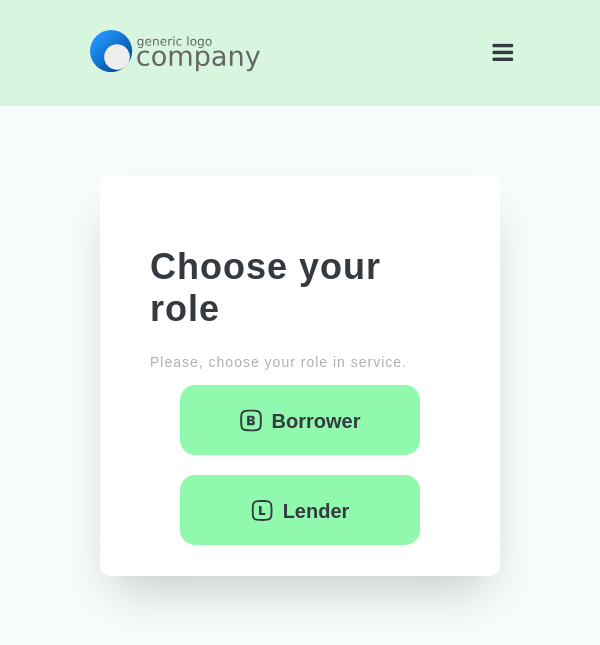
Repository: Andriy-Ma/widgetTask
Page: /
An editor plug-in stored every save of this project. The page is shown before and after the next save, followed by the edit.
The browser window is 600 px wide. The pictures show the whole page.
The page's requests for data from a server got no answer. Some web fonts or font styles are not loaded; a fallback is used. The project was rebuilt for these pictures with package versions that can differ from the ones it lists, and the page was loaded fresh each time. No one was signed in, and anything a server would have sent is missing. Also part of the build but not shown: src/components/Main/SelectedRoleForm/selectedRoleForm.module.css, src/components/Main/SelectedRoleForm/selectedRoleForm.jsx, src/components/Main/AgreeForm/agreeForm.module.css, src/components/Main/AgreeForm/agreeForm.jsx.

Above is the page before, as saved 2022-08-30 16:36:53.

### public/index.html
<!DOCTYPE html>
<html lang="en">
  <head>
    <meta charset="utf-8" />
    <link rel="icon" href="%PUBLIC_URL%/favicon.ico" />
    <link rel="stylesheet" href="https://use.typekit.net/clw7fgu.css">
    <meta name="viewport" content="width=device-width, initial-scale=1">
    <link rel="stylesheet" href="https://cdnjs.cloudflare.com/ajax/libs/font-awesome/4.7.0/css/font-awesome.min.css">
    <meta name="theme-color" content="#000000" />
    <meta
      name="description"
      content="Web site created using create-react-app"
    />
    <link rel="apple-touch-icon" href="%PUBLIC_URL%/logo192.png" />
    <!--
      manifest.json provides metadata used when your web app is installed on a
      user's mobile device or desktop. See https://developers.google.com/web/fundamentals/web-app-manifest/
    -->
    <link rel="manifest" href="%PUBLIC_URL%/manifest.json" />
    <!--
      Notice the use of %PUBLIC_URL% in the tags above.
      It will be replaced with the URL of the `public` folder during the build.
      Only files inside the `public` folder can be referenced from the HTML.

      Unlike "/favicon.ico" or "favicon.ico", "%PUBLIC_URL%/favicon.ico" will
      work correctly both with client-side routing and a non-root public URL.
      Learn how to configure a non-root public URL by running `npm run build`.
    -->
    <title>React App</title>
  </head>
  <body>
    <noscript>You need to enable JavaScript to run this app.</noscript>
    <div id="root"></div>
    <!--
      This HTML file is a template.
      If you open it directly in the browser, you will see an empty page.

      You can add webfonts, meta tags, or analytics to this file.
      The build step will place the bundled scripts into the <body> tag.

      To begin the development, run `npm start` or `yarn start`.
      To create a production bundle, use `npm run build` or `yarn build`.
    -->
  </body>
</html>

### src/index.css
* {
  box-sizing: border-box;
  margin: 0;
  padding: 0;
}
body {
  font-family: 'Poppins', sans-serif;
  background-color: #f7fcfd;
  -webkit-font-smoothing: antialiased;
  -moz-osx-font-smoothing: grayscale;
}

### src/App.js
import React from 'react';
import styles from './App.module.css';
import Header from './components/Header/header';
import MainBlock from './components/Main/main';

function App() {
  return (
    <div className={styles.container}>
      <Header/>
      <MainBlock/>
    </div>
  );
}

export default App;

### src/App.module.css
.container {
    display: block;
    align-items: center;
    justify-content: center;
    padding-left: 15%;
    padding-right: 15%;
}

@media (max-width: 1800px) {
    .container {
        padding: 0% 10%;
    }
 }

@media (max-width: 1500px) {
    .container {
        padding: 0% 5%;
    }
 }
 @media (max-width: 1350px) {
    .container {
        padding: 0px 25px;
    }
 }
 @media (max-width: 1200px) {
    .container {
        padding: 0;
    }
 }

### src/components/Header/header.jsx
import React, { useState } from 'react';
import Icon from './img/logo-generic';
import {ReactComponent as Lock} from './img/lock.svg';
import {ReactComponent as SignUp} from './img/signup.svg';
import styles from './header.module.css';

function Header() {

  const [showMenu, setShowMenu] = useState(false);

  const changeShowMenu = () => {
    setShowMenu(!showMenu);
  };

  return (
    <div className={styles.header}>
        <div className={styles.logo}>
          <a href="#home">
            <Icon/>
          </a>
        </div>
        <div className={showMenu ? styles.middleOfHeaderResponsive : undefined}>
          <div className={!showMenu ? styles.middleOfHeader : styles.columnMenu }>
            <a href="#expertise">Expertise</a>
            <a href="#industries">Industries</a>
            <a href="#news">News</a>
            <a href="#partners">Partners</a>
            <a href="#careers">Careers</a>
            <a href="#aboutus" className={styles.aboutUs}>About Us</a>
          </div>
          <div className={!showMenu ? styles.buttonsHeader : styles.buttonsHeaderResponsive}>
            <div className={!showMenu ? styles.signin : styles.signinMenu}>
              <Lock/>
              <p>Sign In</p>
            </div>
            <div className={!showMenu ? styles.signup : styles.signupMenu}>
              <SignUp/>
              <p>Sign Up</p>
            </div>
          </div>
        </div>
        <p className={styles.icon} onClick={changeShowMenu}>
          <i className="fa fa-bars"></i>
        </p>
    </div>
  )
}

export default Header;

### src/components/Main/main.jsx
import React,{useState, useEffect} from 'react';
import styles from './main.module.css';
import ChooseForm from './ChooseForm/chooseForm';
import SelectedRoleForm from './SelectedRoleForm/selectedRoleForm';
import AgreeForm from './AgreeForm/agreeForm';

function MainBlock() {

  const [selectedRole, setSelectedRole] = useState('');
  const [showAgreeForm, setShowAgreeForm] = useState(false);
  const [initialText, setInitialText] = useState('');

  useEffect(() => {
    fetch('https://60c74df306f3160017d29000.mockapi.io/api/v1/tossource')
    .then((response) => {
      return response.json();
    })
    .then((data) => {
      const text = data.map(lorem => lorem.text);
      setInitialText(text[0]);
    });
  },[]);

  return (
    <div className={styles.container}>
        {
          !selectedRole ?
            <ChooseForm getRole={setSelectedRole}/>
          : showAgreeForm ?
            <AgreeForm
              showForm={setShowAgreeForm}
              text={initialText}
            />
          :
            <SelectedRoleForm
              role={selectedRole}
              getRole={setSelectedRole}
              showForm={setShowAgreeForm}
            />
        }
    </div>
  )
}

export default MainBlock;

### src/components/Header/img/logo-generic.jsx
import React from "react";

function Icon() {
  return (
    <svg
      xmlns="http://www.w3.org/2000/svg"
      version="1.1"
      viewBox="0 0 1425.8 353.74"
    >
      <defs>
        <linearGradient
          id="linearGradient5311"
          x1="-467.57"
          x2="-469.87"
          y1="-68.973"
          y2="488.43"
          gradientUnits="userSpaceOnUse"
        >
          <stop offset="0" stopColor="#2294fe"></stop>
          <stop offset="1" stopColor="#014f96"></stop>
        </linearGradient>
      </defs>
      <g transform="translate(364.43 8.482)">
        <g>
          <g fill="#666" transform="translate(-14.426 -21.336)">
            <path d="M145.49 192.37v19.095c-5.773-3.182-11.583-5.55-17.43-7.105a64.331 64.331 0 00-17.541-2.443c-13.248 0-23.536 4.22-30.863 12.657-7.327 8.363-10.991 20.13-10.991 35.304 0 15.172 3.663 26.977 10.991 35.415 7.327 8.363 17.615 12.545 30.863 12.545 5.92 0 11.768-.778 17.541-2.332 5.847-1.628 11.657-4.033 17.43-7.216v18.873a83.693 83.693 0 01-17.763 5.995c-6.07 1.332-12.545 1.998-19.428 1.998-18.725 0-33.601-5.884-44.629-17.652s-16.542-27.643-16.542-47.627c0-20.279 5.55-36.229 16.653-47.849 11.176-11.62 26.459-17.43 45.85-17.43 6.29 0 12.434.666 18.429 1.999a81.647 81.647 0 0117.43 5.772"></path>
            <path d="M228.98 201.92c-10.954 0-19.613 4.293-25.978 12.878-6.365 8.511-9.548 20.205-9.548 35.082 0 14.876 3.146 26.607 9.437 35.193 6.365 8.511 15.061 12.767 26.089 12.767 10.88 0 19.502-4.293 25.867-12.878 6.365-8.585 9.547-20.279 9.547-35.082 0-14.728-3.182-26.385-9.547-34.971-6.365-8.66-14.987-12.989-25.867-12.989m0-17.319c17.763 0 31.714 5.773 41.854 17.319s15.209 27.532 15.209 47.96c0 20.353-5.07 36.34-15.209 47.96-10.14 11.546-24.091 17.319-41.854 17.319-17.837 0-31.825-5.773-41.965-17.319-10.066-11.62-15.098-27.606-15.098-47.96 0-20.427 5.033-36.414 15.098-47.96 10.14-11.546 24.128-17.319 41.965-17.319"></path>
            <path d="M416.6 211.46c5.107-9.177 11.213-15.949 18.318-20.316 7.105-4.367 15.468-6.55 25.09-6.55 12.952 0 22.943 4.552 29.975 13.655 7.03 9.03 10.546 21.908 10.547 38.634v75.048h-20.538v-74.382c0-11.916-2.11-20.76-6.328-26.533-4.219-5.773-10.658-8.66-19.317-8.66-10.584 0-18.947 3.516-25.09 10.548-6.143 7.03-9.215 16.616-9.214 28.754v70.274h-20.538V237.55c0-11.99-2.11-20.834-6.328-26.533-4.22-5.773-10.732-8.66-19.54-8.66-10.435 0-18.724 3.553-24.867 10.658-6.143 7.031-9.215 16.58-9.215 28.643v70.274h-20.538v-124.34h20.538v19.317c4.663-7.623 10.251-13.248 16.764-16.875 6.513-3.626 14.247-5.44 23.203-5.44 9.03 0 16.69 2.295 22.981 6.883 6.365 4.59 11.065 11.25 14.099 19.983"></path>
            <path d="M560.7 293.28v65.945h-20.538v-171.63H560.7v18.873c4.293-7.401 9.695-12.878 16.209-16.431 6.587-3.627 14.432-5.44 23.536-5.44 15.098 0 27.347 5.995 36.747 17.985 9.473 11.99 14.21 27.755 14.21 47.294 0 19.54-4.737 35.304-14.21 47.294-9.4 11.99-21.649 17.985-36.747 17.985-9.104 0-16.949-1.776-23.536-5.329-6.513-3.626-11.916-9.14-16.209-16.542m69.497-43.408c0-15.024-3.109-26.792-9.326-35.304-6.143-8.585-14.617-12.878-25.423-12.878-10.806 0-19.317 4.293-25.534 12.878-6.143 8.512-9.214 20.28-9.214 35.304 0 15.024 3.071 26.83 9.214 35.415 6.217 8.512 14.728 12.767 25.534 12.767s19.28-4.255 25.423-12.767c6.217-8.585 9.326-20.39 9.326-35.415"></path>
            <path d="M741.77 249.43c-16.505 0-27.94 1.887-34.304 5.662-6.365 3.775-9.548 10.214-9.547 19.317 0 7.253 2.368 13.026 7.105 17.319 4.81 4.219 11.324 6.328 19.539 6.328 11.324 0 20.39-3.997 27.199-11.99 6.883-8.067 10.325-18.762 10.325-32.084v-4.552H741.77m40.744-8.437v70.94h-20.427V293.06c-4.663 7.549-10.473 13.137-17.43 16.764-6.958 3.552-15.47 5.329-25.534 5.329-12.73 0-22.87-3.553-30.42-10.658-7.475-7.18-11.212-16.764-11.212-28.754 0-13.988 4.662-24.535 13.988-31.64 9.4-7.106 23.388-10.658 41.965-10.658h28.643v-1.999c0-9.4-3.109-16.653-9.326-21.759-6.143-5.18-14.802-7.77-25.978-7.77-7.105 0-14.025.85-20.76 2.552-6.735 1.703-13.21 4.256-19.428 7.66v-18.872c7.475-2.887 14.728-5.033 21.76-6.44 7.03-1.48 13.876-2.22 20.537-2.22 17.985 0 31.418 4.663 40.3 13.988 8.88 9.326 13.321 23.462 13.321 42.41"></path>
            <path d="M928.5 236.89v75.048h-20.427v-74.382c0-11.768-2.295-20.575-6.883-26.422-4.589-5.847-11.472-8.77-20.65-8.77-11.027 0-19.723 3.515-26.088 10.547-6.365 7.03-9.548 16.616-9.548 28.754v70.274h-20.538v-124.34h20.538v19.317c4.885-7.476 10.621-13.063 17.208-16.764 6.661-3.7 14.321-5.551 22.981-5.551 14.284 0 25.09 4.44 32.417 13.322 7.327 8.807 10.991 21.797 10.991 38.967"></path>
            <path d="M1021.2 323.48c-5.773 14.802-11.398 24.461-16.875 28.976-5.477 4.515-12.804 6.772-21.981 6.772h-16.32v-17.097h11.99c5.625 0 9.992-1.332 13.1-3.996s6.55-8.956 10.325-18.873l3.664-9.326-50.291-122.34h21.648l38.856 97.252 38.856-97.252h21.648l-54.621 135.89"></path>
          </g>
          <g fill="#666" transform="translate(-416.34 -21.336)">
            <path d="M489.95 115.06c0-6.675-1.385-11.848-4.155-15.519-2.737-3.671-6.592-5.507-11.564-5.507-4.94 0-8.794 1.836-11.564 5.507-2.737 3.671-4.105 8.844-4.105 15.519 0 6.642 1.368 11.798 4.105 15.469 2.77 3.671 6.625 5.507 11.564 5.507 4.973 0 8.827-1.836 11.564-5.507 2.77-3.671 4.155-8.828 4.155-15.469m9.211 21.727c0 9.545-2.119 16.637-6.357 21.276-4.24 4.672-10.73 7.009-19.474 7.009-3.238 0-6.292-.25-9.162-.751a44.69 44.69 0 01-8.36-2.203v-8.961c2.703 1.468 5.373 2.553 8.01 3.254 2.636.7 5.323 1.051 8.06 1.051 6.04 0 10.563-1.585 13.567-4.756 3.004-3.137 4.505-7.893 4.505-14.268v-4.555c-1.902 3.304-4.338 5.774-7.309 7.409-2.97 1.635-6.524 2.453-10.663 2.453-6.875 0-12.415-2.62-16.62-7.86-4.206-5.24-6.308-12.182-6.308-20.826 0-8.677 2.102-15.636 6.307-20.876 4.206-5.24 9.746-7.86 16.621-7.86 4.139 0 7.693.818 10.663 2.454 2.97 1.635 5.407 4.105 7.31 7.409v-8.51h9.21v49.11"></path>
            <path d="M566.09 113.41v4.506h-42.352c.4 6.34 2.303 11.18 5.707 14.518 3.438 3.304 8.21 4.956 14.318 4.956 3.538 0 6.959-.434 10.263-1.302 3.337-.868 6.642-2.17 9.912-3.905v8.711a55.24 55.24 0 01-10.163 3.204 50.9 50.9 0 01-10.563 1.102c-8.944 0-16.037-2.604-21.276-7.81-5.206-5.207-7.81-12.248-7.81-21.126 0-9.178 2.47-16.454 7.41-21.827 4.973-5.407 11.664-8.11 20.075-8.11 7.542 0 13.5 2.436 17.872 7.309 4.405 4.84 6.608 11.43 6.608 19.774m-9.211-2.703c-.067-5.04-1.486-9.062-4.256-12.065-2.736-3.004-6.374-4.506-10.914-4.506-5.14 0-9.261 1.452-12.365 4.355-3.07 2.904-4.839 6.992-5.306 12.265l32.84-.05"></path>
            <path d="M627.62 109.9v33.842h-9.211v-33.541c0-5.306-1.035-9.278-3.104-11.915-2.07-2.636-5.173-3.955-9.312-3.955-4.973 0-8.894 1.585-11.765 4.756-2.87 3.17-4.305 7.493-4.305 12.966v31.689h-9.261V87.673h9.261v8.71c2.203-3.37 4.79-5.89 7.76-7.558 3.003-1.67 6.458-2.503 10.363-2.504 6.44 0 11.314 2.003 14.618 6.008 3.304 3.971 4.956 9.829 4.956 17.572"></path>
            <path d="M694.05 113.41v4.506h-42.352c.4 6.34 2.303 11.18 5.707 14.518 3.438 3.304 8.21 4.956 14.318 4.956 3.538 0 6.959-.434 10.263-1.302 3.337-.868 6.642-2.17 9.912-3.905v8.711a55.24 55.24 0 01-10.163 3.204 50.9 50.9 0 01-10.563 1.102c-8.944 0-16.037-2.604-21.276-7.81-5.206-5.207-7.81-12.248-7.81-21.126 0-9.178 2.47-16.454 7.41-21.827 4.973-5.407 11.664-8.11 20.075-8.11 7.543 0 13.5 2.436 17.872 7.309 4.405 4.84 6.608 11.43 6.608 19.774m-9.211-2.703c-.067-5.04-1.486-9.062-4.256-12.065-2.736-3.004-6.374-4.506-10.913-4.506-5.14 0-9.261 1.452-12.365 4.355-3.07 2.904-4.839 6.992-5.306 12.265l32.84-.05"></path>
            <path d="M741.46 96.286a11.624 11.624 0 00-3.404-1.302c-1.202-.3-2.537-.45-4.005-.45-5.207 0-9.212 1.702-12.015 5.106-2.77 3.371-4.155 8.227-4.155 14.568v29.537h-9.262V87.676h9.262v8.71c1.935-3.403 4.455-5.923 7.56-7.558 3.103-1.67 6.874-2.503 11.313-2.503.634 0 1.335.05 2.103.15.767.067 1.618.183 2.553.35l.05 9.462"></path>
            <path d="M751.22 87.676h9.211v56.069h-9.211V87.676m0-21.827h9.211v11.664h-9.211V65.849"></path>
            <path d="M820.01 89.828v8.61c-2.603-1.434-5.223-2.502-7.86-3.203a29.012 29.012 0 00-7.91-1.102c-5.974 0-10.613 1.903-13.917 5.707-3.304 3.772-4.956 9.078-4.956 15.92 0 6.842 1.652 12.165 4.957 15.97 3.304 3.772 7.943 5.657 13.917 5.657 2.67 0 5.306-.35 7.91-1.051 2.636-.734 5.256-1.819 7.859-3.254v8.51a37.736 37.736 0 01-8.01 2.704c-2.737.6-5.657.9-8.76.9-8.445 0-15.153-2.652-20.126-7.959-4.973-5.306-7.459-12.465-7.459-21.477 0-9.144 2.503-16.337 7.51-21.577 5.039-5.24 11.93-7.86 20.675-7.86 2.837 0 5.607.3 8.31.902a36.82 36.82 0 017.86 2.603"></path>
            <path d="M868.57 65.849h9.211v77.896h-9.211V65.849"></path>
            <path d="M918.73 94.134c-4.94 0-8.844 1.936-11.714 5.807-2.87 3.838-4.305 9.111-4.305 15.82s1.418 11.998 4.255 15.87c2.87 3.838 6.792 5.757 11.765 5.757 4.906 0 8.794-1.935 11.664-5.807 2.87-3.871 4.305-9.144 4.305-15.82 0-6.641-1.435-11.898-4.305-15.769-2.87-3.905-6.758-5.857-11.664-5.857m0-7.81c8.01 0 14.301 2.604 18.873 7.81 4.572 5.206 6.858 12.415 6.859 21.627 0 9.178-2.287 16.387-6.859 21.627-4.572 5.206-10.863 7.81-18.873 7.81-8.043 0-14.351-2.604-18.923-7.81-4.539-5.24-6.808-12.45-6.808-21.627 0-9.211 2.27-16.42 6.808-21.627 4.572-5.206 10.88-7.81 18.923-7.81"></path>
            <path d="M996.58 115.06c0-6.675-1.385-11.848-4.155-15.519-2.737-3.671-6.592-5.507-11.564-5.507-4.94 0-8.794 1.836-11.564 5.507-2.737 3.671-4.105 8.844-4.105 15.519 0 6.642 1.368 11.798 4.105 15.469 2.77 3.671 6.625 5.507 11.564 5.507 4.973 0 8.828-1.836 11.564-5.507 2.77-3.671 4.155-8.828 4.155-15.469m9.211 21.727c0 9.545-2.119 16.637-6.357 21.276-4.24 4.672-10.73 7.009-19.474 7.009-3.238 0-6.292-.25-9.162-.751a44.69 44.69 0 01-8.36-2.203v-8.961c2.703 1.468 5.373 2.553 8.01 3.254 2.636.7 5.323 1.051 8.06 1.051 6.04 0 10.563-1.585 13.567-4.756 3.003-3.137 4.505-7.893 4.505-14.268v-4.555c-1.902 3.304-4.338 5.774-7.309 7.409-2.97 1.635-6.524 2.453-10.663 2.453-6.875 0-12.415-2.62-16.62-7.86-4.206-5.24-6.308-12.182-6.308-20.826 0-8.677 2.102-15.636 6.307-20.876 4.206-5.24 9.746-7.86 16.621-7.86 4.139 0 7.693.818 10.663 2.454 2.97 1.635 5.407 4.105 7.31 7.409v-8.51h9.21v49.11"></path>
            <path d="M1046.5 94.134c-4.94 0-8.844 1.936-11.714 5.807-2.87 3.838-4.305 9.111-4.305 15.82s1.418 11.998 4.255 15.87c2.87 3.838 6.792 5.757 11.765 5.757 4.906 0 8.794-1.935 11.664-5.807 2.87-3.871 4.305-9.144 4.305-15.82 0-6.641-1.435-11.898-4.305-15.769-2.87-3.905-6.758-5.857-11.664-5.857m0-7.81c8.01 0 14.3 2.604 18.873 7.81 4.572 5.206 6.858 12.415 6.858 21.627 0 9.178-2.286 16.387-6.858 21.627-4.572 5.206-10.864 7.81-18.873 7.81-8.043 0-14.351-2.604-18.924-7.81-4.539-5.24-6.808-12.45-6.808-21.627 0-9.211 2.269-16.42 6.808-21.627 4.572-5.206 10.88-7.81 18.924-7.81"></path>
          </g>
          <g transform="rotate(-45 269.773 885.347) scale(.61927)">
            <path
              fill="url(#linearGradient5311)"
              d="M-184.26 202.82c0 157.74-127.87 285.61-285.61 285.61s-285.61-127.87-285.61-285.61S-627.61-82.79-469.87-82.79s285.61 127.87 285.61 285.61z"
              transform="translate(1202 -114.01)"
            ></path>
            <path
              fill="#eee"
              d="M-184.26 202.82c0 157.74-127.87 285.61-285.61 285.61s-285.61-127.87-285.61-285.61S-627.61-82.79-469.87-82.79s285.61 127.87 285.61 285.61z"
              transform="translate(1018.2 79.03) scale(.60887)"
            ></path>
          </g>
        </g>
      </g>
    </svg>
  );
}

export default Icon;

### src/components/Header/header.module.css
.logo {
    display: block;
    min-width: 170px;
}
.header {
    display: flex;
    justify-content: space-between;
    align-items: center;
    padding-top: 30px;
}
.middleOfHeader {
    display: flex;
    justify-content: space-between;
    align-items: center;
    text-decoration: none;
}
.middleOfHeader a {
    display: block;
    color: #424242;
    text-align: center;
    padding: 0px 25px;
    text-decoration: none;
    font-size: 16px;
    font-weight: 600;
}
.icon{
    display: none;
    transform: scale(1.5);
}
.middleOfHeader a:hover {
    color: #1b1a1a;
}
.aboutUs{
    position: relative;
}
.aboutUs::after{
    content: '';
    border-left: 2px solid #90F9AD;
    border-top: 2px solid #90F9AD;
    width: 5px;
    height: 5px;
    float: right;
    transform: translate(50%, -50%) rotate(-135deg);
    position: absolute;
    top: 6px;
    right: 10px;
}
.buttonsHeader {
    display: flex;
    justify-content: space-between;
    align-items: center;
}
.buttonsHeader:hover {
    cursor: pointer;
}
.signin {
    display: flex;
    justify-content: space-between;
    align-items: center;
    color: #90F9AD;
    background-color: #343A40;
    font-weight: 500;
    padding: 0px 20px;
    border-radius: 10px;
    width: 115px;
    height: 40px;
    margin-right: 15px;
}
.signin:hover {
    background-color: #252a2e;
}
.signup {
    display: flex;
    justify-content: space-between;
    align-items: center;
    color: #343A40;
    background-color: #90F9AD;
    font-weight: 600;
    padding: 0px 20px;
    border-radius: 10px;
    width: 125px;
    height: 40px;
}
.signup:hover {
    background-color: #3df370;
}
@media screen and (max-width: 1300px) {
    .middleOfHeader {
        margin-left: 50px;
    }
    .middleOfHeader a {
        padding: 0px 20px;
    }
    .aboutUs::after{
        right: 5px;
    }
 }

 @media screen and (max-width: 1200px) {
    .middleOfHeader a {display: none;}
    .buttonsHeader{
        display: none;
    }
    .header {
        padding-top: 30px;
        background-color: #56d85f31;
        padding: 30px 15%;
    }
    .icon{
        display: block;
        color: #343A40;
    }
    .icon:hover {
        cursor: pointer;
    }
    .buttonsHeaderResponsive {
        display: flex;
        justify-content: space-between;
        align-items: center;
    }
  }
@media screen and (max-width: 1200px) {
    .middleOfHeaderResponsive {
        position: absolute;
        z-index: 99;
        width: 40%;
        top:106px;
        left: 0;
        height: calc(100vh - 107px);
        background-color: #72e47a;
        display: flex;
        flex-direction: column;
        justify-content: space-between;
        align-items: center;
        padding-bottom: 150px;
        padding-top: 50px;
    }
    .middleOfHeaderResponsive a {
      display: block;
      color: #424242;
      text-align: center;
      padding: 25px 25px;
      text-decoration: none;
      font-size: 22px;
      font-weight: 600;
      border-bottom: solid 1px #1085319f;
    }
    .middleOfHeaderResponsive a:hover {
        background-color: #2cc756ba;
    }
    .columnMenu{
        display: flex;
        flex-direction: column;
        width: 80%;
    }
    .signinMenu {
        display: flex;
        justify-content: space-between;
        align-items: center;
        color: #90F9AD;
        background-color: #343A40;
        font-size: 24px;
        font-weight: 500;
        padding: 20px 20px;
        border-radius: 10px;
        margin-right: 30px;
    }
    .signinMenu:hover {
        background-color: #252a2e;
    }
    .signupMenu {
        display: flex;
        justify-content: space-between;
        align-items: center;
        color: #343A40;
        background-color: #90F9AD;
        font-weight: 600;
        font-size: 24px;
        padding: 20px 20px;
        border-radius: 10px;
    }
    .signupMenu:hover {
        background-color: #3df370;
    }
  }
@media screen and (max-width: 900px) {
    .middleOfHeaderResponsive {
        width: 60%;
    }
  }
@media screen and (max-width: 560px) {
    .middleOfHeaderResponsive {
        width: 100%;
    }
  }

### src/components/Main/main.module.css
.container{
    width: 100%;
    display: flex;
    justify-content: center;
}

### src/components/Main/ChooseForm/chooseForm.jsx
import React from 'react';
import styles from './chooseForm.module.css';
import {ReactComponent as Borrower} from '../img/borrower.svg';
import {ReactComponent as Lender} from '../img/lender.svg';

const roles = ['Borrower', 'Lender'];

function ChooseForm({getRole}) {

  return (
    <>
    <div className={styles.form}>
      <div>
        <p className={styles.mainText}>Choose your role</p>
        <p className={styles.underText}>Please, choose your role in service.</p>
      </div>
      <div className={styles.buttonsChooseForm}>
      {
        roles.map(role =>
            <div className={styles.role} key={role} onClick={() => getRole(role)}>
              {role === 'Borrower' ? <Borrower/> : <Lender/>}
              <p className={styles.buttonText}>{role}</p>
            </div>
        )
      }
      </div>
    </div>

    </>
  )
}

export default ChooseForm;

### src/components/Main/ChooseForm/chooseForm.module.css
.form{
    width: 600px;
    height: 350px;
    padding: 50px;
    background-color: #fff;
    margin-top: 70px;
    border-radius: 10px;
    box-shadow: 0px 25px 49px -12px rgba(0,0,0,0.2);
    display: flex;
    flex-direction: column;
    justify-content: space-between;
}
.agreeForm{
    width: 600px;
    height: 700px;
    padding: 50px;
    background-color: #fff;
    margin-top: 70px;
    border-radius: 10px;
    box-shadow: 0px 25px 49px -12px rgba(0,0,0,0.2);
    display: flex;
    flex-direction: column;
    position: relative;
}
.mainText{
    margin-top: 20px;
    font-size: 36px;
    font-weight: 800;
    color: #343A40;
    letter-spacing: 1px;
}
.underText{
    margin-top: 20px;
    font-size: 14px;
    font-weight: 500;
    color: #343A40;
    opacity: .4;
    letter-spacing: 1px;
    line-height: 25px;
}
.buttonsChooseForm {
    display: flex;
    justify-content: space-between;
    align-items: center;
    font-size: 20px;
}
.buttonsChooseForm:hover {
    cursor: pointer;
}
.role {
    display: flex;
    justify-content: center;
    align-items: center;
    color: #343A40;
    background-color: #90F9AD;
    font-weight: 800;
    padding: 0px 20px;
    border-radius: 15px;
    width: 47%;
    height: 70px;
}
.role:hover {
    background-color: #3df370;
}
.buttonText{
    padding-top: 3px;
    padding-left: 10px;
}
@media screen and (max-width: 680px) {
    .form{
        width: 400px;
        height: 400px;
    }
    .buttonsChooseForm {
        flex-direction: column;
    }
    .role {
        margin: 10px 0px;
        width: 80%;
    }
  }

Loaded but not shown: src/index.js (common file)

After the next save:
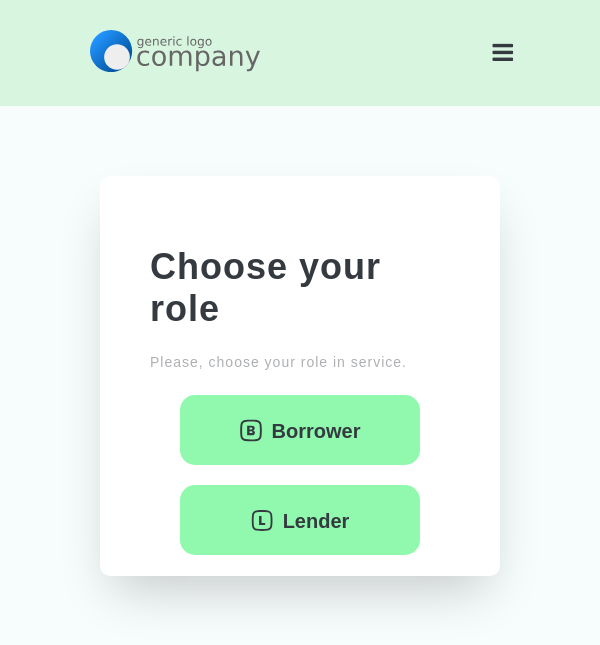
Saved 22 s later.
--- a/src/components/Main/ChooseForm/chooseForm.module.css
+++ b/src/components/Main/ChooseForm/chooseForm.module.css
@@ -75,7 +75,7 @@
         flex-direction: column;
     }
     .role {
-        margin: 10px 0px;
+        margin-top: 20px ;
         width: 80%;
     }
   }
